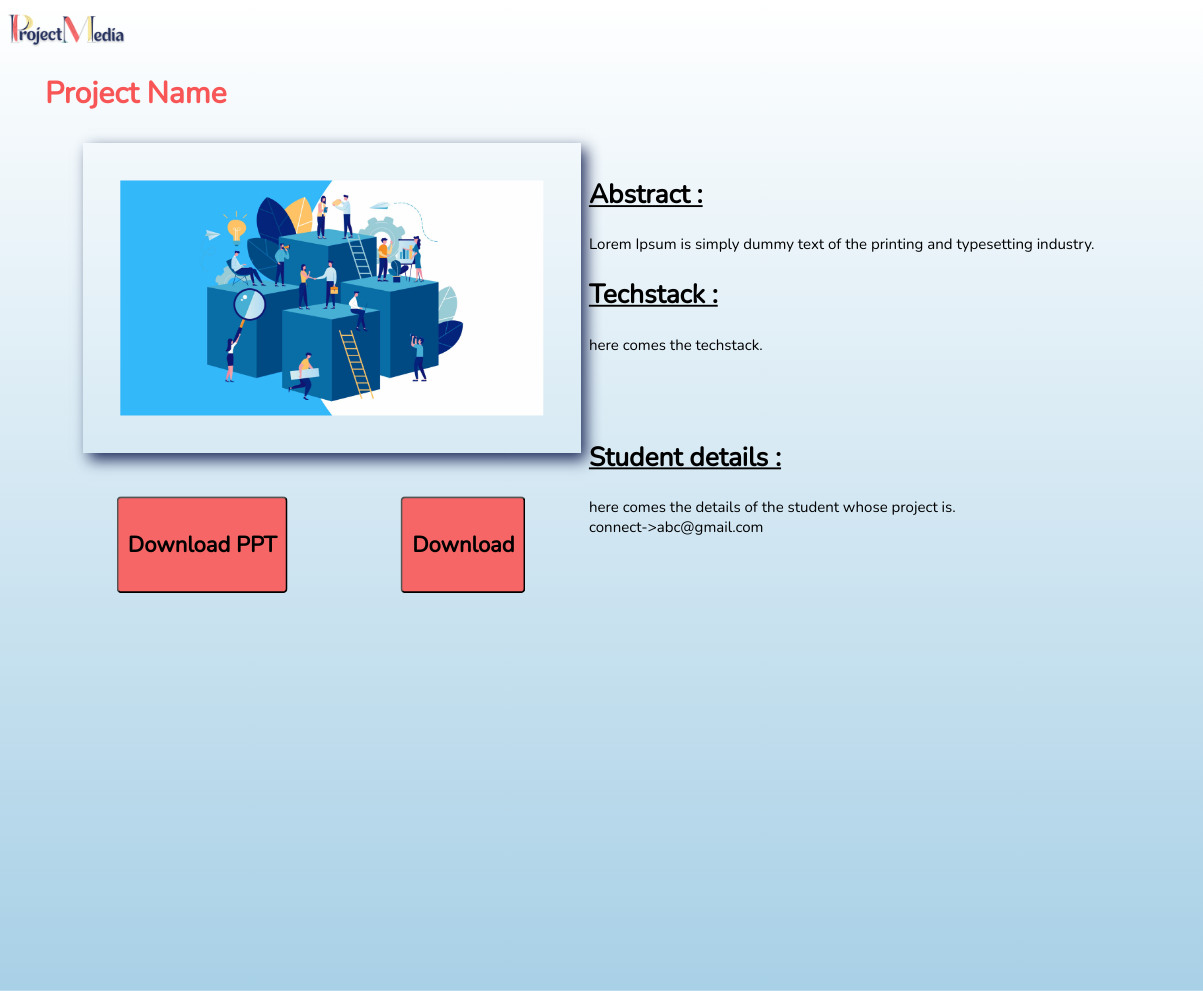
Repository: Sanskriti002/Projectpage
Page: index.html
The author's editor kept a copy of each file at every save. The page is drawn from the files as they stood at one save, then again after the next save.
The browser window is 1280 px wide. The pictures show the whole page, at 94% of full size.

Above is the page before, as saved 2023-09-21 11:56:34.

### index.html
<!DOCTYPE html>
<html lang="en">
<head>
    <meta charset="UTF-8">
    <meta name="viewport" content="width=device-width, initial-scale=1.0">
    <title>Projects</title>
    <link rel="preconnect" href="https://fonts.googleapis.com">
<link rel="preconnect" href="https://fonts.gstatic.com" crossorigin>
<link href="https://fonts.googleapis.com/css2?family=Montserrat:wght@300;400;900&family=Nunito&family=Ubuntu&display=swap" rel="stylesheet">
<link rel="stylesheet" href="style.css">
</head>
<body>
    <div>
        <img src="logoss.png" alt="logos">
    </div>
    <div>
        <h1>Project Name</h1>
    </div>
    <section class="project">
        <img src="project.jpg" alt="projectimage">
    </section>
    <section>
        <button type="button" class="btn" onclick="alert('Downloaded')"> <h3>Download PPT</h3></button>
        <button type="button" class="btn" onclick="alert('Downloaded')"><h3>Download </h3></button>
    </section>
    <section class="content">
        <h2><u>Abstract :</u></h2></h2>
        <p>Lorem Ipsum is simply dummy text of the printing and typesetting industry.
            </p>
        <h2><u>Techstack :</u></h2>
        <p>here comes the techstack.<br>
        <br><br><br>
    </p>
        <h2><u>Student details :</u></h2>
        <p>here comes the details of the student whose project is.<br>
            connect->abc@gmail.com
        </p>


    </section>

</body>
</html>

### style.css
*{
    font-family: 'Nunito', sans-serif;

}
body{
    background:linear-gradient(white,#a8d0e6) ;
}
img {

    margin:0px;
    padding:0px;
    width:10%;
}
h1 {
    margin-left:40px;
    color:#f85656;
    font-size:32px;
}
.project img {
    width:450px;
    height:250px;
    padding: 40px;
    box-shadow: 7px 7px  15px  #24305e;
    margin-left:80px;
    margin-top: 10px;
    display:inline-flex;



}

.btn {
    background-color:#f66666;
    border-radius: 5px;
    color:black;
    text-align: center;
    text-decoration:none;
    display:inline-block;
    font-size:20px;
    padding: 10px;
    margin-left: 116px;
    margin-top: 40px;
    cursor:pointer;

}

.btn:hover {

}

.content {
    float:right;
    text-align: left;
    transform:translate(-20%,-110%);

}

.content h2{
    font-size: 28px;
}
.student {
    float:right;
}

After the next save:
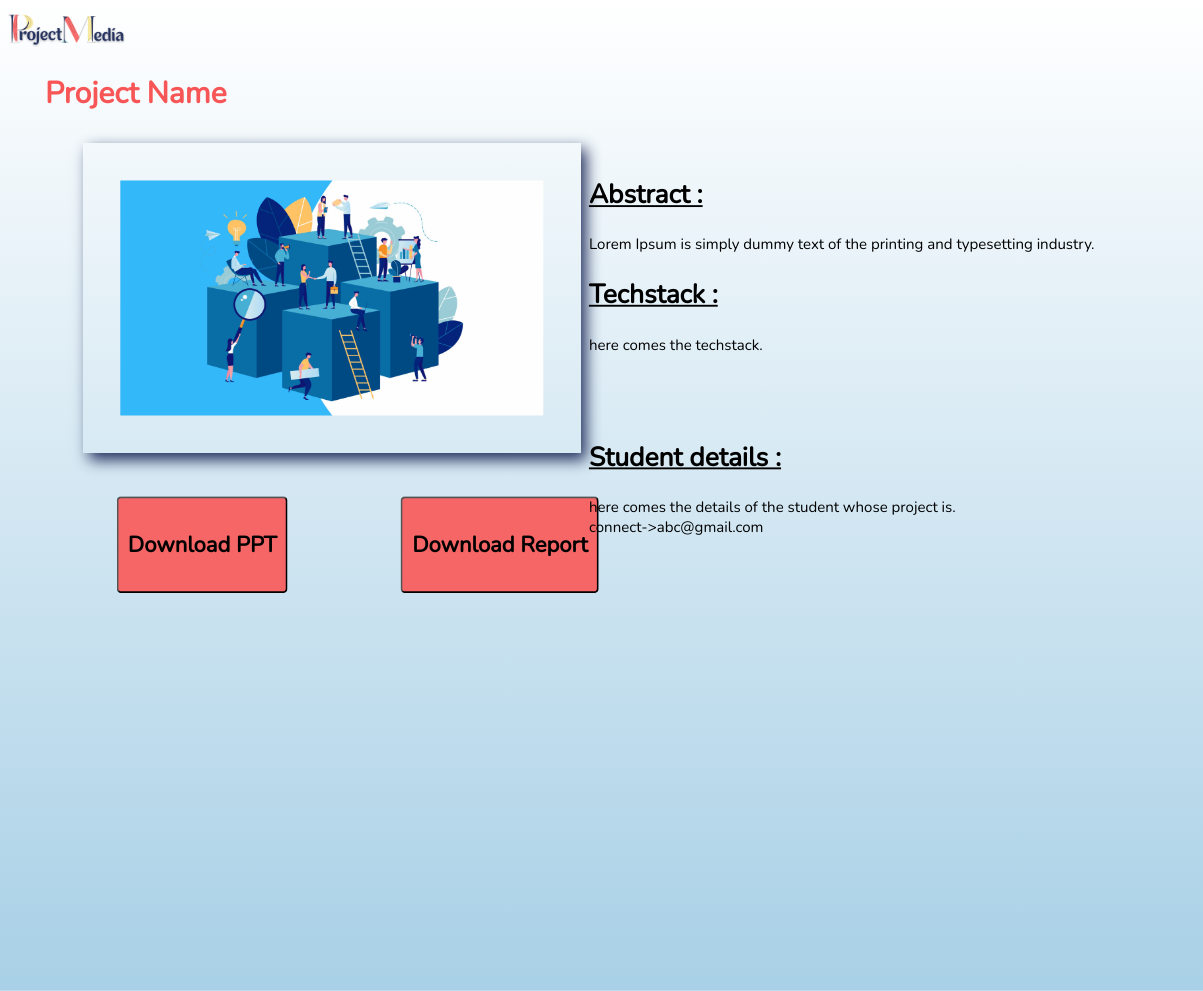
Saved 6 s later.
--- a/index.html
+++ b/index.html
@@ -21,7 +21,7 @@
     </section>
     <section>
         <button type="button" class="btn" onclick="alert('Downloaded')"> <h3>Download PPT</h3></button>
-        <button type="button" class="btn" onclick="alert('Downloaded')"><h3>Download </h3></button>
+        <button type="button" class="btn" onclick="alert('Downloaded')"><h3>Download Report</h3></button>
     </section>
     <section class="content">
         <h2><u>Abstract :</u></h2></h2>
